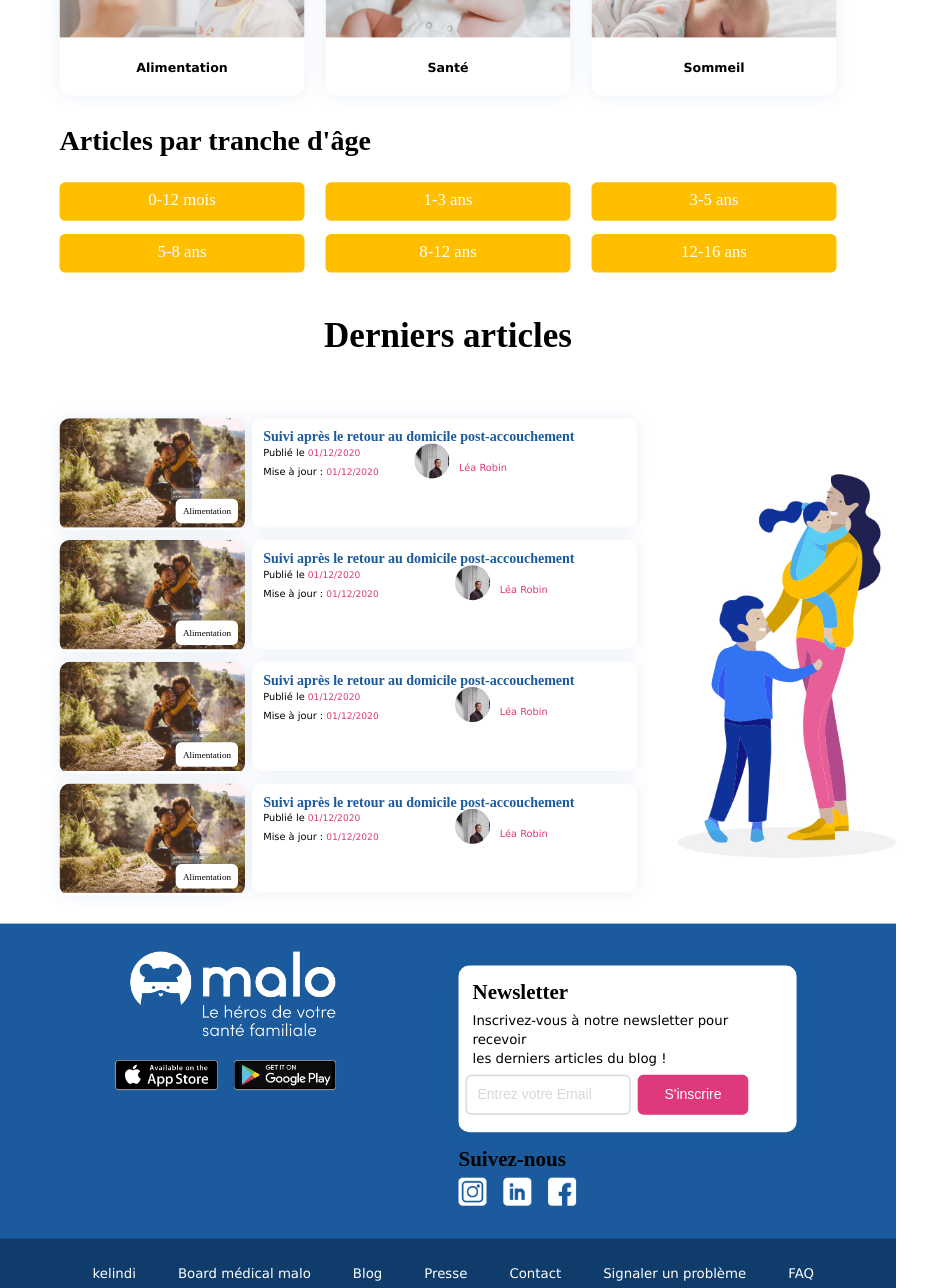
Repository: carbone-dev/keli-malo
Page: blog.html
These files come from the project's save history. The page is drawn as it stood at one moment and after the next save; the edit follows.
The browser window is 1280 px wide. The page is 1342 px wide, so the pictures cover 1342 px, including what lies to the right of the window. The pictures show the part of the page from y = 758 to 2598 px (the page is 2656 px tall), at 70% of full size.

Above is the page before, as saved 2020-12-11 11:37:10.

### blog.html
<!DOCTYPE html>
<html lang="en">

<head>
    <meta charset="UTF-8">
    <meta name="viewport" content="width=device-width, initial-scale=1.0">
    <title>Document</title>
    <link rel="stylesheet" type="text/css" href="css/style.css">
    <link rel="stylesheet" type="text/css" href="css/header.css">
    <link rel="stylesheet" type="text/css" href="css/grid.css">
    <link rel="stylesheet" type="text/css" href="css/blog.css">
    <link rel="preconnect" href="https://fonts.gstatic.com">
    <link href="https://fonts.googleapis.com/css2?family=Poppins:wght@200;300;400;900&display=swap" rel="stylesheet">
</head>

<body>
    <div class="container">

        <div class="header row align-items-center">
            <div class="col-6 col-md-2 ">
                <img class='img-full-width ' src="img/logo.png">
            </div>
            <div class="menu col-6 col-md-10 right d-none d-md-block ">
                <a href="#">Blog</a>
                <a href="#" class="boutton-1">Nous contacter</a>
            </div>
            <div class="menu col-6 col-md-10 right d-md-none d-sm-block">
                <a href="#nav-mobile">
                    <img src="img/burger.png" alt="">
                </a>
            </div>

            <div id="nav-mobile" class="modaloverlay">
                <div class="modal">
                    <div class="row">
                        <div class="col-6">
                            <img class='img-full-width ' src="img/logo.png">
                        </div>
                        <div class="menu col-6 right">
                            <a href="#close" class="close">
                                <img src="img/close.png" alt="">
                            </a>
                        </div>
                    </div>
                    <div class="row align-items-center center modal-content">
                        <div class="col-12">
                            <a href="#">Blog</a>
                        </div>
                        <div class="col-12">
                            <a href="#" class="boutton-1">Nous contacter</a>
                        </div>
                        <div class="col-12">
                            <a href="#"><img src="img/instagram.png"></a>
                            <a href="#"><img src="img/linkedin.png"></a>
                            <a href="#"><img src="img/facebook.png"></a>
                        </div>
                    </div>
                </div>
            </div>
        </div>

        <div class="top-section row">
            <div class="col-12 col-md-8 t-responsive">
                <h1>
                    Bienvenue sur le blog malo
                </h1>
                <p>Retrouvez nos conseils pour la santé de vos enfants</p>
            </div>
            <div class="col-12 col-md-4 right t-responsive">
                <img src="img/blog-header-image.png" alt="blog-header-image">
            </div>
        </div>

        <div class="section t-responsive">
            <h3>Articles par thématique</h3>
            <div class="row">
                <div class="col-sm-12 col-md-4">
                    <div class="card">
                        <img src="img/blog-theme-1.jpg" alt="Avatar" style="width:100%">
                        <div class="card-content row align-items-center">
                            <p class="card-title col-12">Alimentation</p>
                        </div>
                    </div>
                </div>
                <div class="col-sm-12 col-md-4">
                    <div class="card">
                        <img src="img/blog-theme-2.jpg" alt="Avatar" style="width:100%">
                        <div class="card-content row align-items-center">
                            <p class="card-title col-12">Santé</p>
                        </div>
                    </div>
                </div>
                <div class="col-sm-12 col-md-4">
                    <div class="card">
                        <img src="img/blog-theme-3.jpg" alt="Avatar" style="width:100%">
                        <div class="card-content row align-items-center">
                            <p class="card-title col-12">Sommeil</p>
                        </div>
                    </div>
                </div>
            </div>
        </div>

        <div class="section t-responsive">
            <h3>Articles par tranche d'âge</h3>
            <div class="row">
                <div class="col-6 col-md-4 margin-bottom">
                    <button class="btn btn-tertiary full-width">0-12 mois</button>
                </div>
                <div class="col-6 col-md-4 margin-bottom">
                    <button class="btn btn-tertiary full-width">1-3 ans</button>
                </div>
                <div class="col-6 col-md-4 margin-bottom">
                    <button class="btn btn-tertiary full-width">3-5 ans</button>
                </div>
                <div class="col-6 col-md-4 margin-bottom">
                    <button class="btn btn-tertiary full-width">5-8 ans</button>
                </div>
                <div class="col-6 col-md-4 margin-bottom">
                    <button class="btn btn-tertiary full-width">8-12 ans</button>
                </div>
                <div class="col-6 col-md-4 margin-bottom">
                    <button class="btn btn-tertiary full-width">12-16 ans</button>
                </div>
            </div>
        </div>

        <div class="section">
            <h2 class="center">Derniers articles</h2>
            <div class="row">
                <div class="col-12 col-md-9">
                    <div class="blog row no-gutters">
                        <div class="col-4">
                            <div class="blog-img">
                                <img src="img/blog-1.jpg" class="full-width" alt="">
                                <span class="tag">Alimentation</span>
                            </div>
                        </div>
                        <div class="col-8">
                            <div class="blog-content">
                                <a href="#">
                                    <h4 class="blog-title secondary">Suivi après le retour au domicile post-accouchement
                                    </h4>
                                </a>
                                <div class="row no-gutters mt-5 col-reverse">
                                    <div class="col-md-5 col-12">
                                        <p>
                                            Publié le <span class="primary">01/12/2020 </span>
                                        </p>
                                        <p>
                                            Mise à jour : <span class="primary">01/12/2020 </span>
                                        </p>
                                    </div>
                                    <div class="col-md-7 col-12">
                                        <div class="avatar d-inline-block ">
                                            <img src="img/avatar.jpg" alt="">
                                        </div>
                                        <div class="author d-inline-block">
                                            <p class="primary">Léa Robin</p>
                                        </div>
                                    </div>
                                </div>
                            </div>
                        </div>
                    </div>
                    <div class="blog row no-gutters">
                        <div class="col-4">
                            <div class="blog-img">
                                <img src="img/blog-1.jpg" class="full-width" alt="">
                                <span class="tag">Alimentation</span>
                            </div>
                        </div>
                        <div class="col-8">
                            <div class="blog-content">
                                <a href="#">
                                    <h3 class="blog-title secondary">Suivi après le retour au domicile post-accouchement
                                    </h3>
                                </a>
                                <div class="row">
                                    <div class="col-6">
                                        <p>
                                            Publié le <span class="primary">01/12/2020 </span>
                                        </p>
                                        <p>
                                            Mise à jour : <span class="primary">01/12/2020 </span>
                                        </p>
                                    </div>
                                    <div class="col-6">
                                        <div class="avatar d-inline-block ">
                                            <img src="img/avatar.jpg" alt="">
                                        </div>
                                        <div class="author d-inline-block">
                                            <p class="primary">Léa Robin</p>
                                        </div>
                                    </div>
                                </div>
                            </div>
                        </div>
                    </div>
                    <div class="blog row no-gutters">
                        <div class="col-4">
                            <div class="blog-img">
                                <img src="img/blog-1.jpg" class="full-width" alt="">
                                <span class="tag">Alimentation</span>
                            </div>
                        </div>
                        <div class="col-8">
                            <div class="blog-content">
                                <a href="#">
                                    <h3 class="blog-title secondary">Suivi après le retour au domicile post-accouchement
                                    </h3>
                                </a>
                                <div class="row">
                                    <div class="col-6">
                                        <p>
                                            Publié le <span class="primary">01/12/2020 </span>
                                        </p>
                                        <p>
                                            Mise à jour : <span class="primary">01/12/2020 </span>
                                        </p>
                                    </div>
                                    <div class="col-6">
                                        <div class="avatar d-inline-block ">
                                            <img src="img/avatar.jpg" alt="">
                                        </div>
                                        <div class="author d-inline-block">
                                            <p class="primary">Léa Robin</p>
                                        </div>
                                    </div>
                                </div>
                            </div>
                        </div>
                    </div>
                    <div class="blog row no-gutters ">
                        <div class="col-4">
                            <div class="blog-img">
                                <img src="img/blog-1.jpg" class="full-width" alt="">
                                <span class="tag">Alimentation</span>
                            </div>
                        </div>
                        <div class="col-8">
                            <div class="blog-content">
                                <a href="#">
                                    <h3 class="blog-title secondary">Suivi après le retour au domicile post-accouchement
                                    </h3>
                                </a>
                                <div class="row">
                                    <div class="col-6">
                                        <p>
                                            Publié le <span class="primary">01/12/2020 </span>
                                        </p>
                                        <p>
                                            Mise à jour : <span class="primary">01/12/2020 </span>
                                        </p>
                                    </div>
                                    <div class="col-6">
                                        <div class="avatar d-inline-block ">
                                            <img src="img/avatar.jpg" alt="">
                                        </div>
                                        <div class="author d-inline-block">
                                            <p class="primary">Léa Robin</p>
                                        </div>
                                    </div>
                                </div>
                            </div>
                        </div>
                    </div>

                </div>
                <div class="col-md-3 d-none d-md-block blog-list-bg">
                    <img src="img/blog-list-bg.jpg" alt="">
                </div>
            </div>
        </div>




    </div>


    <div class="footer mt-10">
		<div class="logo-popup row center-p">
			<div class="logo-boutton center col-md-6">
				<img src="img/logo-footer.png" width="50%"><br>
				<div class="img-boutton">
					<a href="#"><img src="img/app-store.png"></a>
					<a href="#"><img src="img/google-play.png"></a>
				</div>
			</div>
			<div class="popup-icon col-md-5 left center-p">
				<div class="box-shadow news-letter">
					<h4>Newsletter</h4>
					<p>Inscrivez-vous à notre newsletter pour recevoir <br>les derniers articles du blog !</p>
					<div class="row center-p">
						<input type="email" name="mail" placeholder="Entrez votre Email"
							class="formulaire mail-footer col-md-6 col-6">
						<input type="submit" value="S'inscrire" class="formulaire boutton-footer col-md-4 col-4">
					</div>
				</div>
				<div class="suivez-footer">
					<h4>Suivez-nous</h4>
					<a href="#"><img src="img/instagram-footer.png"></a>
					<a href="#"><img src="img/linkedin-footer.png"></a>
					<a href="#"><img src="img/facebook-footer.png"></a>
				</div>


			</div>
		</div>
		<div class="menu-footer center">
			<ul class="row center ">
				<li><a href="#">kelindi </a></li>
				<li><a href="#">Board médical malo </a></li>
				<li><a href="#">Blog </a></li>
				<li><a href="#">Presse </a></li>
				<li><a href="#">Contact </a></li>
				<li><a href="#">Signaler un problème </a></li>
				<li><a href="#">FAQ </a></li>
			</ul>
			<p><span>Mentions légales CGU Politique de confidentialité</span></p>
		</div>
	</div>
</body>

</html>

### css/header.css
.header{
    margin-top: 43px;
}

/* MODAL MOBILE */

.modaloverlay {
    background: rgba(0, 0, 0, 0.8);
    bottom: 0;
    left: 0;
    opacity: 0;
    pointer-events: none;
    position: fixed;
    right: 0;
    top: 0;
    -webkit-transition: opacity 400ms ease-in;
    -moz-transition: opacity 400ms ease-in;
    transition: opacity 400ms ease-in;
    z-index: -1;
    display: none;
  }
  .modaloverlay:target {
    display: block;
    opacity: 1;
    pointer-events: auto;
    z-index: 99999;
  }
  .modaloverlay .modal {
    background-color: white;
    height: 100%;
    position: relative;
    margin: 0 auto;
    padding-top: 43px;
    padding-left: 15px;
    overflow-y: scroll;
    -webkit-overflow-scrolling: touch;
  }
  @media (min-width: 60em) {
    .modaloverlay .modal {
      height: 75%;
      margin: 5% auto;
      max-height: 57em;
      max-width: 66em;
      width: 85%;
    }
  }
  .modaloverlay .modal > iframe,
  .modaloverlay .modal > div {
    border: none;
    width: 100%;
    /* height: 100%; */
  }
  .modaloverlay .close {
    position: relative;
    top: 10px;
  }

  .modal-content{
    height: 60%;
    padding-top: 160px;
  }

### css/blog.css
.card {
  transition: 0.3s;
  width: 100%;
  border-radius: 15px;
  box-shadow: 0 0 25px 0 rgba(34, 90, 157, 0.1);
  overflow: hidden;
  cursor: pointer;
}

.card img {
  width: 100%;
  height: 199px;
  object-fit: cover;
}

.card:hover {
  box-shadow: 0 8px 16px 0 rgba(0, 0, 0, 0.2);
}

.card-content {
  padding: 2px 16px;
  height: 79px;
}

.card-title {
  font-family: verdana;
  font-size: 18px;
  font-weight: 900;
  text-align: center;
}

.blog {
  margin-bottom: 14px;
}

.blog-img {
  border-radius: 15px;
  box-shadow: 0 0 25px 0 rgba(34, 90, 157, 0.1);
  overflow: hidden;
  position: relative;
  margin-right: 10px;
}

.blog-img img {
  width: 100%;
  height: 156px;
  object-fit: cover;
}

.blog-content {
  height: 156px;
  padding: 16px;
  border-radius: 15px;
  box-shadow: 0 0 25px 0 rgba(34, 90, 157, 0.1);
  background-color: #ffffff;
}

.blog-content p {
  font-size: 14px !important;
}

.blog-title {
  margin-bottom: 0 !important;
  font-size: 20px;
  line-height: 1;
}

.blog-list-bg{
    padding: 7% 0 7% 0;
}

.avatar {
  height: 50px;
  width: 50px;
  border-radius: 50px;
  overflow: hidden;
}

.avatar img {
  width: 100%;
  object-fit: cover;
}

.author {
  position: relative;
  top: -10px;
  left: 10px;
}

.tag {
  height: 35px;
  background-color: #ffffff;
  padding: 10px;
  position: absolute;
  bottom: 10px;
  display: block;
  border-radius: 8px;
  font-family: montserrat;
  right: 10px;
}

@media only screen and (min-width: 107px) and (max-width: 768px) {
  .blog-title {
    font-size: 12px !important;
    line-height: 1 !important;
  }
  .blog-content p {
    font-size: 12px !important;
    height: 15px;
  }

  .blog-content span {
    font-size: 8px !important;
  }

  .tag{
    font-size: 10px !important;
    padding: 0px 5px 0 5px !important;
    height: 20px;
    border-radius: 6px;
  }

  .avatar {
    height: 18px;
    width: 18px;
  }

  .author {
    position: relative;
    top: -5px;
    left: 5px;
  }
}

Loaded but not shown: css/grid.css (1420 lines, source omitted); css/style.css (873 lines, source omitted)

After the next save:
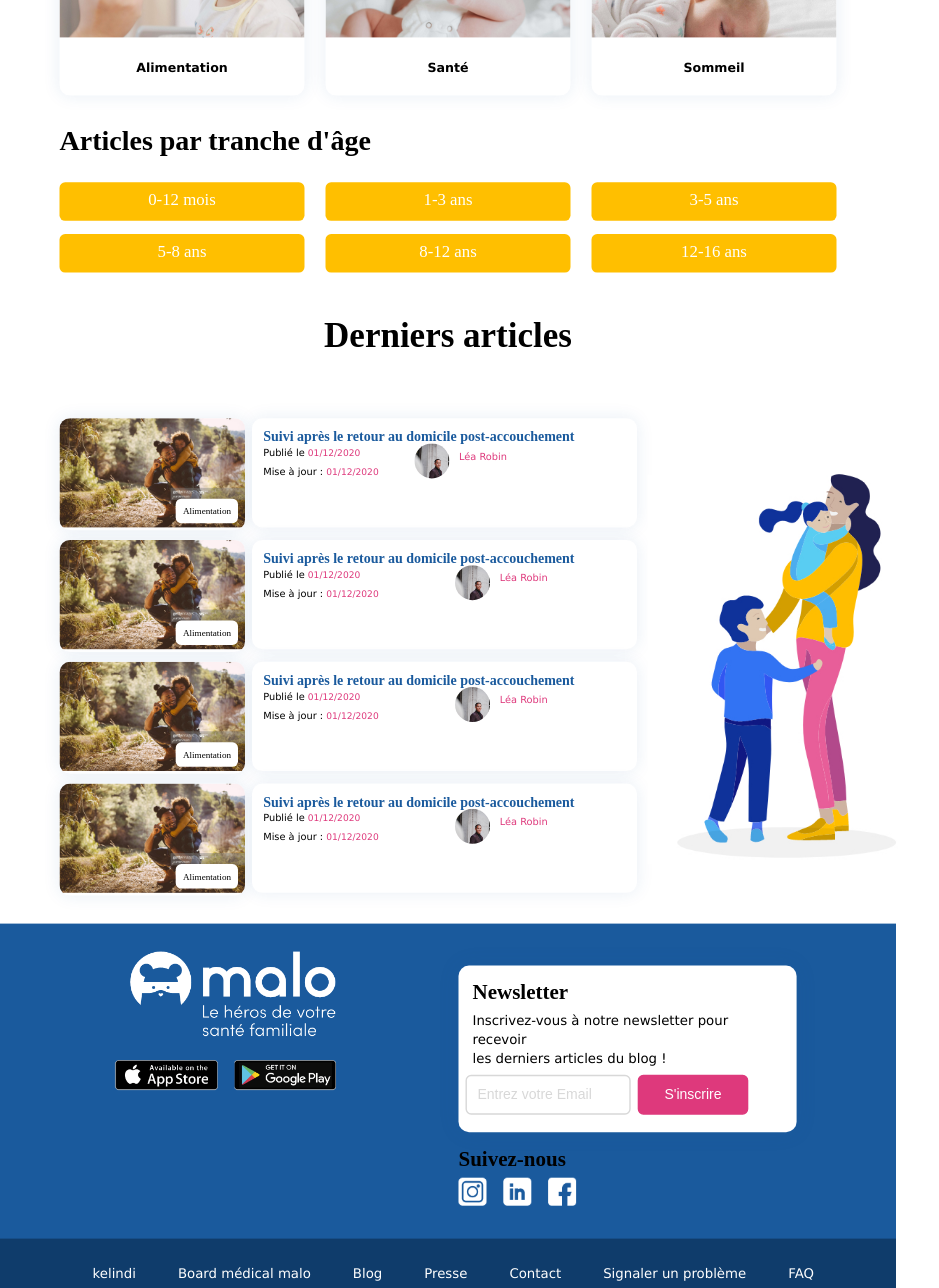
Saved 7 s later.
--- a/css/blog.css
+++ b/css/blog.css
@@ -83,7 +83,7 @@
 
 .author {
   position: relative;
-  top: -10px;
+  top: -27px;
   left: 10px;
 }
 
